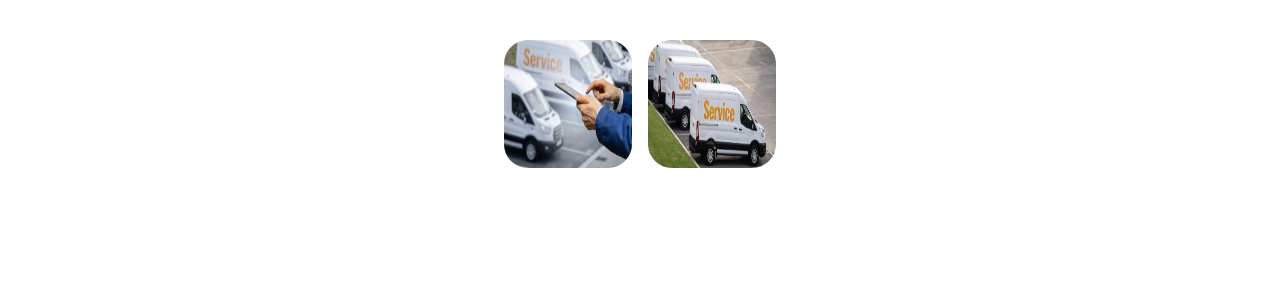
Repository: adityadhimaann/fleettrack
Page: images.html
An editor plug-in stored every save of this project. The page is shown before and after a run of saves, followed by the edit.
The browser window is 1280 px wide. The pictures show the whole page.
Some web libraries are served in a nearby version.

Above is the page before, as saved 2025-04-09 12:20:40.

### images.html
<!DOCTYPE html>
<html lang="en">
<head>
    <meta charset="UTF-8">
    <meta name="viewport" content="width=device-width, initial-scale=1.0">
    <title>Image Slide</title>
    <script src="https://cdn.tailwindcss.com"></script>
    <script src="https://cdnjs.cloudflare.com/ajax/libs/Chart.js/3.9.1/chart.min.js"></script>
    <link rel="stylesheet" href="https://cdnjs.cloudflare.com/ajax/libs/font-awesome/6.0.0-beta3/css/all.min.css">

</head>
<body>
    <!-- fixed inset 0 -->
    <!-- image gallery -->
     <div class="flex justify-center items-center gap-4 m-10">
        <img src="/images/fleet1.jpg" alt="" class="w-32 h-32 rounded-3xl cursor-pointer hover:scale-105 transition" onclick="addimage(0)">
        <img src="/images/fleet2.jpeg" alt="" class="w-32 h-32 rounded-3xl cursor-pointer hover:scale-105 transition" onclick="addimage(1)">
     </div>
</body>
</html>

After the next 4 saves:
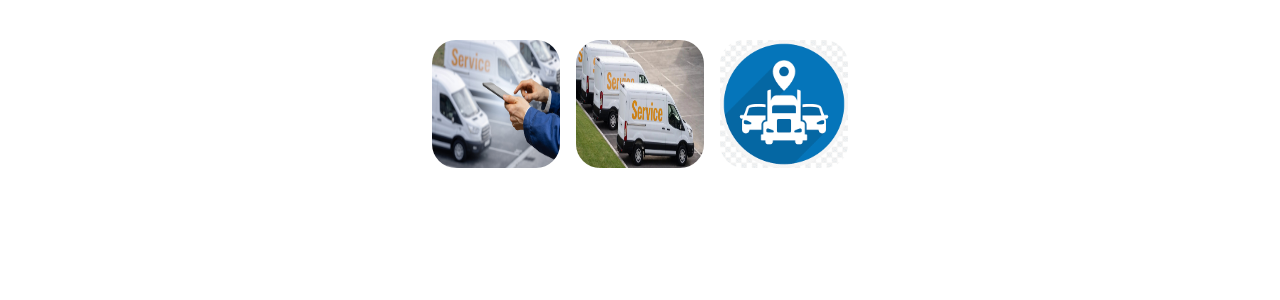
The 4 saves are shown as one change because they came seconds apart.
The last was saved 14 s later.
--- a/images.html
+++ b/images.html
@@ -15,6 +15,7 @@
      <div class="flex justify-center items-center gap-4 m-10">
         <img src="/images/fleet1.jpg" alt="" class="w-32 h-32 rounded-3xl cursor-pointer hover:scale-105 transition" onclick="addimage(0)">
         <img src="/images/fleet2.jpeg" alt="" class="w-32 h-32 rounded-3xl cursor-pointer hover:scale-105 transition" onclick="addimage(1)">
+        <img src="/images/fleet3.png" alt="" class="w-32 h-32 rounded-3xl cursor-pointer hover:scale-105 transition" onclick="addimage(2)">
      </div>
 </body>
 </html>
